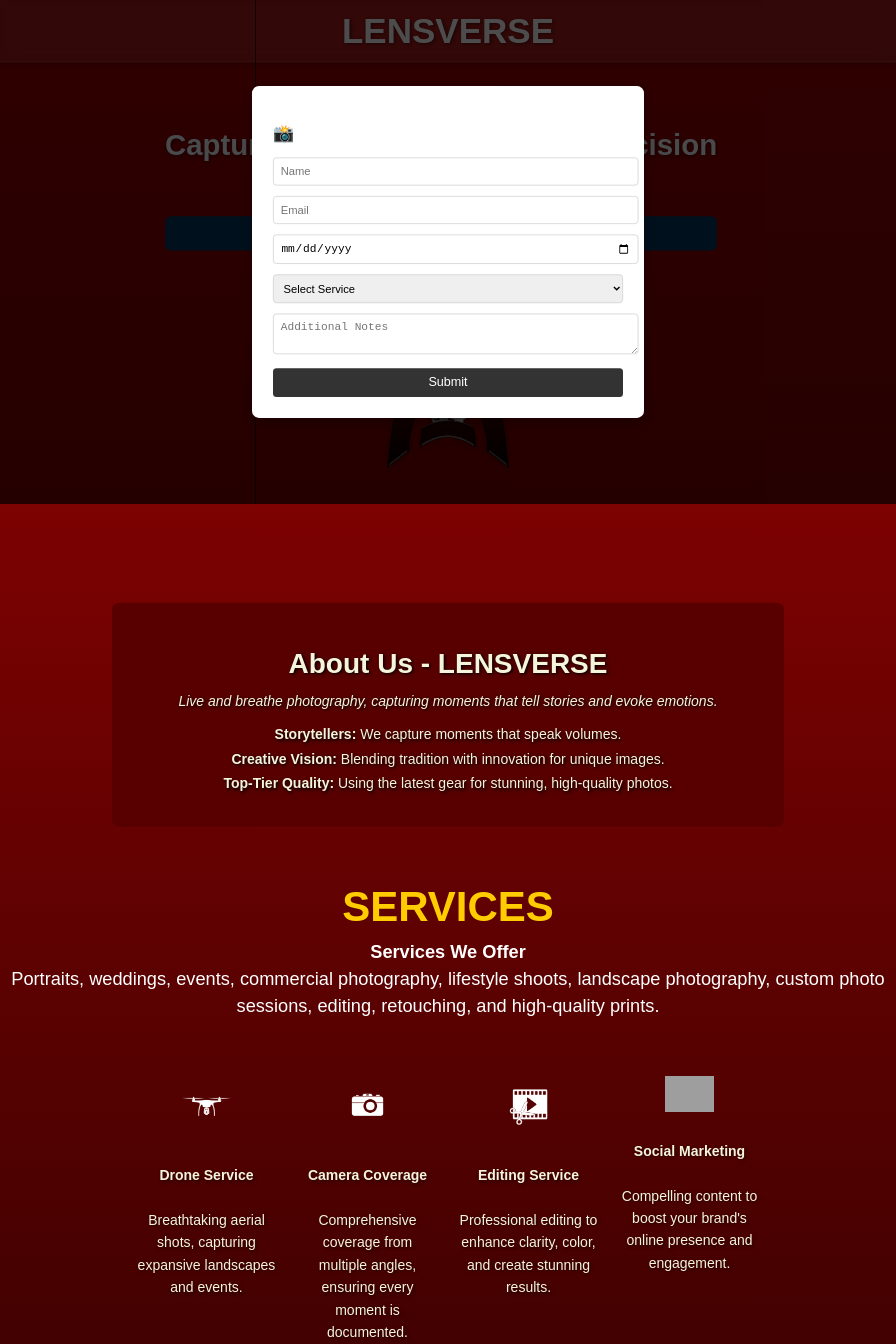
Repository: adithyakiran47/lensverse-frontend
Page: / (app in frontend/), after clicking the first element matching `button`
An editor plug-in stored every save of this project. The page is shown before and after the next save, followed by the edit.
The browser window is 1280 px wide. The pictures show the part of the page from y = 0 to 1920 px (the page is 3283 px tall), at 70% of full size.
Pictures or frames that could not be fetched are drawn as grey boxes. The project was rebuilt for these pictures with package versions that can differ from the ones it lists, and the page was loaded fresh each time.

Above is the page before, as saved 2025-06-20 16:49:52.

After the next save:
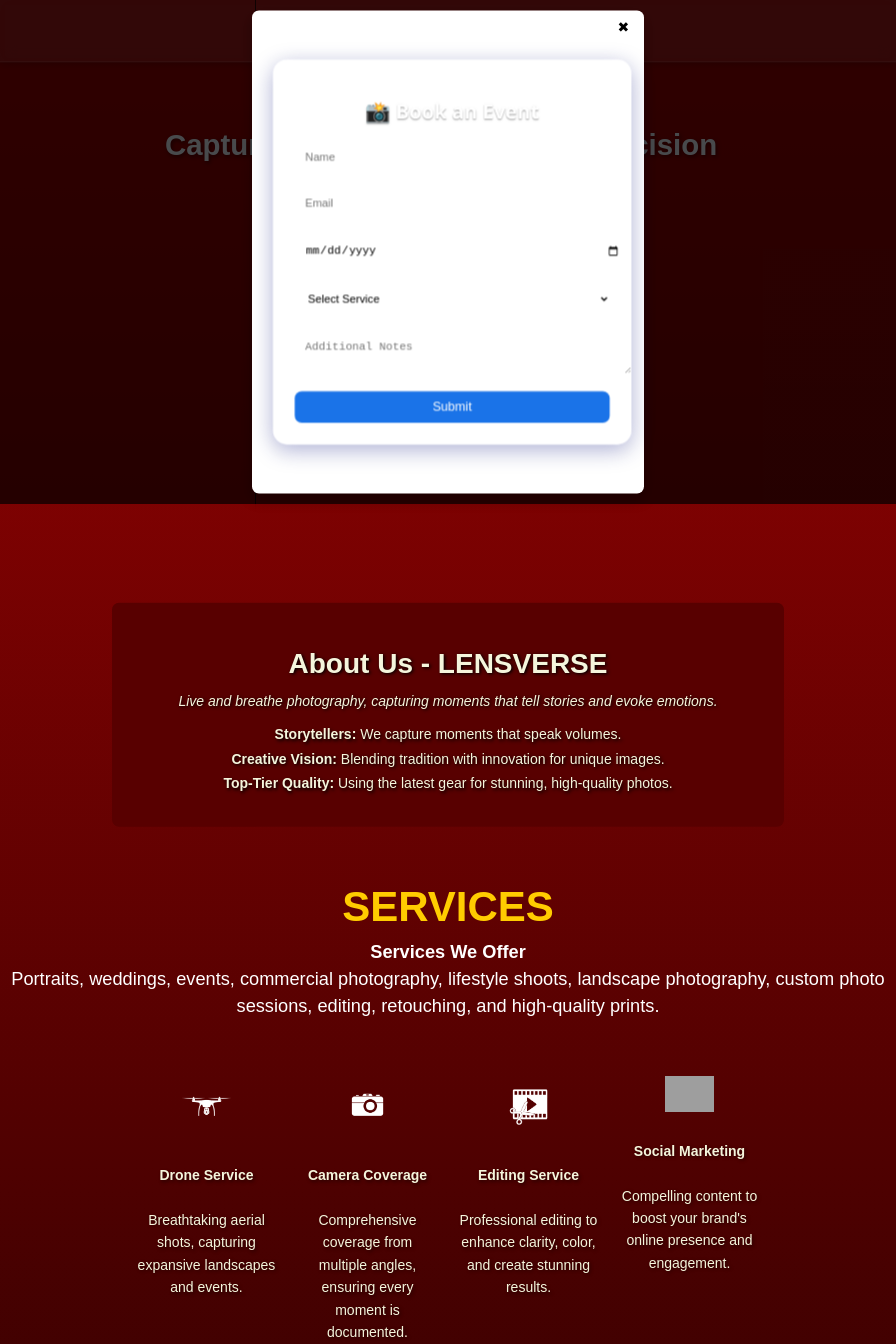
Saved 7 s later.
--- a/frontend/src/components/BookingForm.css
+++ b/frontend/src/components/BookingForm.css
@@ -1,53 +1,58 @@
-.form-container {
-  background-color: white;
-  padding: 20px;
-  border-radius: 10px;
-  box-shadow: 0 4px 10px rgba(0, 0, 0, 0.1);
+.glass-form {
+  backdrop-filter: blur(15px);
+  background: rgba(255, 255, 255, 0.2);
+  border: 1px solid rgba(255, 255, 255, 0.3);
+  padding: 30px;
+  border-radius: 20px;
+  box-shadow: 0 8px 32px rgba(31, 38, 135, 0.37);
+  width: 90%;
   max-width: 500px;
   margin: 40px auto;
+  color: #fff;
+  text-shadow: 0 1px 2px rgba(0, 0, 0, 0.4);
 }
 
-h1 {
+.glass-form h2 {
   text-align: center;
   margin-bottom: 20px;
-  color: #333;
+  font-weight: 600;
+  font-size: 1.8rem;
+  color: #ffffff;
 }
 
 .form-group {
-  margin-bottom: 15px;
+  margin-bottom: 20px;
 }
 
-label {
-  display: block;
-  font-weight: bold;
-  margin-bottom: 5px;
-  color: #555;
+.glass-form input,
+.glass-form select,
+.glass-form textarea {
+  width: 100%;
+  padding: 12px 15px;
+  border-radius: 10px;
+  border: none;
+  font-size: 16px;
+  margin-top: 5px;
+  background-color: rgba(255, 255, 255, 0.8);
+  color: #000;
 }
 
-input, select, textarea {
-  width: 100%;
-  padding: 10px;
-  border: 1px solid #ccc;
-  border-radius: 5px;
-  font-size: 16px;
-}
-
-textarea {
+.glass-form textarea {
   resize: vertical;
 }
 
-button {
+.glass-form button {
   width: 100%;
-  padding: 10px;
-  background-color: #333;
+  padding: 12px;
+  background-color: #1a73e8;
   color: white;
   font-size: 18px;
   border: none;
-  border-radius: 5px;
+  border-radius: 10px;
   cursor: pointer;
-  transition: background-color 0.3s ease;
+  transition: 0.3s ease;
 }
 
-button:hover {
-  background-color: #555;
+.glass-form button:hover {
+  background-color: #155ab6;
 }
